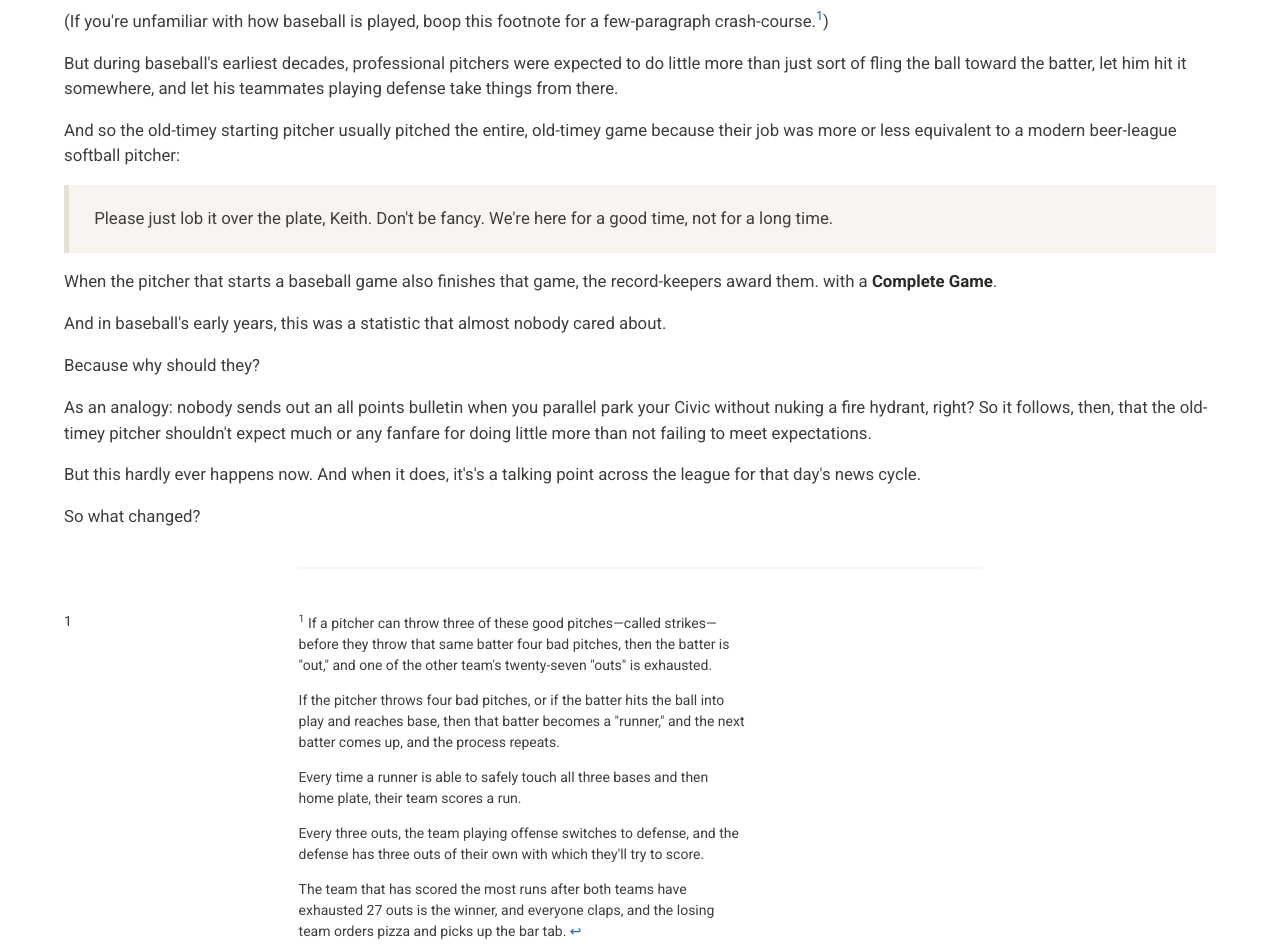
Repository: obverter/complete-games-are-done
Page: index.html
These files come from the project's save history. The page is drawn as it stood at one moment and after the next save; the edit follows.
The browser window is 1280 px wide. The pictures show the part of the page from y = 213 to 1165 px (the page is 1165 px tall).

Above is the page before, as saved 2022-06-25 08:08:14.

### index.html
<!DOCTYPE html>
<html>
    <head>
        <meta charset="utf-8" />
        <meta name="viewport" content="width=device-width, initial-scale=1" />
        <title>Complete Games Are Done</title>
        <!-- todo: Title above is the text in the browser tab. -->
        <link rel="stylesheet" href="docs/bulmaswap.min.css" />
    </head>

    <body>
        <div class="container is-multiline">
            <h1 class="title is-2">The Complete Game is Done</h1>
            <!-- todo: Title above is the Content title. -->
            <p class="subtitle is-4">
                Once upon a time, professional baseball teams typically used one
                pitcher each day. So why do modern teams usually use three, four
                — or sometimes up to 10 — pitchers per game?
                <!-- todo: Subtitle above is the Content subtitle. -->
            </p>

            <h6 class="title is-6">Ben Elliott <code>@obverter</code></h6>
            <h6 class="subtitle is-7"><em>June 2022</em></h6>
            <div class="content">
                <p>
                    In the game of baseball, the pitcher's most basic goal—to
                    throw three hittable pitches past the batter without the
                    batter hitting the ball into play—has never changed.
                </p>
                <p>
                    (If you're unfamiliar with how baseball is played, boop this
                    footnote for a few-paragraph crash-course.<sup
                        ><a href="#fn1" id="ref1">1</a></sup
                    >)
                </p>
                <p>
                    But during baseball's earliest decades, professional
                    pitchers were expected to do little more than just sort of
                    fling the ball toward the batter, let him hit it somewhere,
                    and let his teammates playing defense take things from
                    there.
                </p>
                <p>
                    And so the old-timey starting pitcher usually pitched the
                    entire, old-timey game because their job was more or less
                    equivalent to a modern beer-league softball pitcher:
                </p>
                <blockquote>
                    Please just lob it over the plate, Keith. Don't be fancy.
                    We're here for a good time, not for a long time.
                </blockquote>
                <p>
                    When the pitcher that starts a baseball game also finishes
                    that game, the record-keepers award them. with a
                    <strong>Complete Game</strong>.
                </p>
                <p>
                    And in baseball's early years, this was a statistic that
                    almost nobody cared about.
                </p>
                <p>Because why should they?</p>
                <p>
                    As an analogy: nobody sends out an all points bulletin when
                    you parallel park your Civic without nuking a fire hydrant,
                    right? So it follows, then, that the old-timey pitcher
                    shouldn't expect much or any fanfare for doing little more
                    than not failing to meet expectations.
                </p>
                <p>
                    But this hardly ever happens now. And when it does, it's's a
                    talking point across the league for that day's news cycle.
                </p>
                <p>So what changed?</p>
                <!-- todo: FOOTNOTES -->
                <div class="columns">
                    <div class="column is-one-fifth"></div>
                    <div class="column is-three-fifths">
                        <hr />
                    </div>
                </div>

                <div class="columns is-size-6 is-justify-content-right">
                    <div class="column is-one-fifth">1</div>
                    <!-- todo: ↘ FOOTNOTES GO HERE ↙ -->
                    <div class="column is-two-fifths">
                        <p>
                            <sup>1</sup> If a pitcher can throw three of these
                            good pitches—called strikes—before they throw that
                            same batter four bad pitches, then the batter is
                            "out," and one of the other team's twenty-seven
                            "outs" is exhausted.
                        </p>
                        <p>
                            If the pitcher throws four bad pitches, or if the
                            batter hits the ball into play and reaches base,
                            then that batter becomes a "runner," and the next
                            batter comes up, and the process repeats.
                        </p>
                        <p>
                            Every time a runner is able to safely touch all
                            three bases and then home plate, their team scores a
                            run.
                        </p>
                        <p>
                            Every three outs, the team playing offense switches
                            to defense, and the defense has three outs of their
                            own with which they'll try to score.
                        </p>
                        <p>
                            The team that has scored the most runs after both
                            teams have exhausted 27 outs is the winner, and
                            everyone claps, and the losing team orders pizza and
                            picks up the bar tab.
                            <a
                                href="#ref1"
                                title="Jump back to footnote 1 in the text."
                                >↩</a
                            >
                        </p>
                    </div>
                </div>

                <!-- <div class="column">3</div>
                <div class="column">4</div>
            <div class="column">5</div> -->
            </div>
        </div>
    </body>
</html>

Loaded but not shown: docs/bulmaswap.min.css (library)

After the next save:
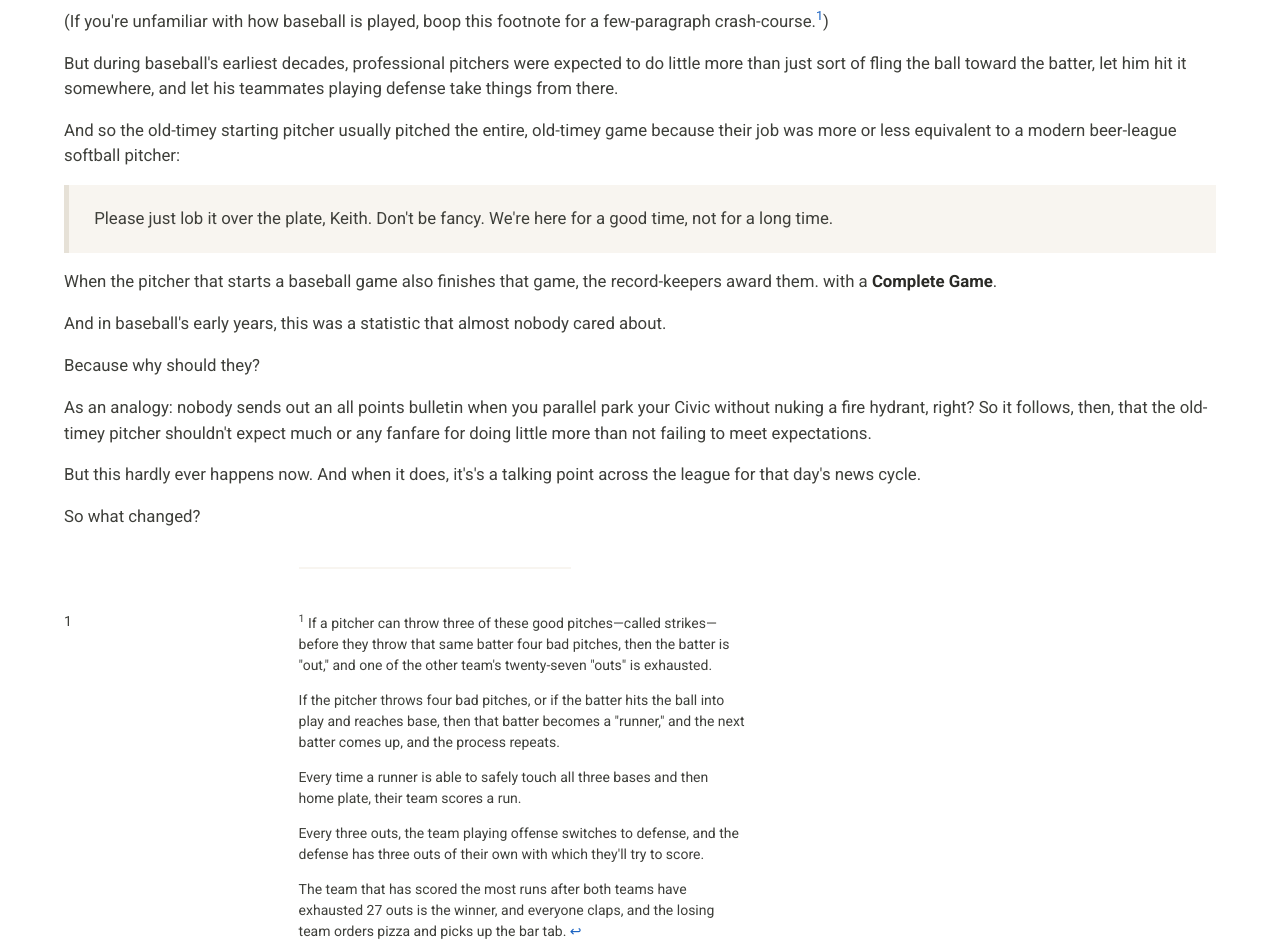
Saved 23 s later.
--- a/index.html
+++ b/index.html
@@ -74,7 +74,7 @@
                 <!-- todo: FOOTNOTES -->
                 <div class="columns">
                     <div class="column is-one-fifth"></div>
-                    <div class="column is-three-fifths">
+                    <div class="column is-one-quarter">
                         <hr />
                     </div>
                 </div>
